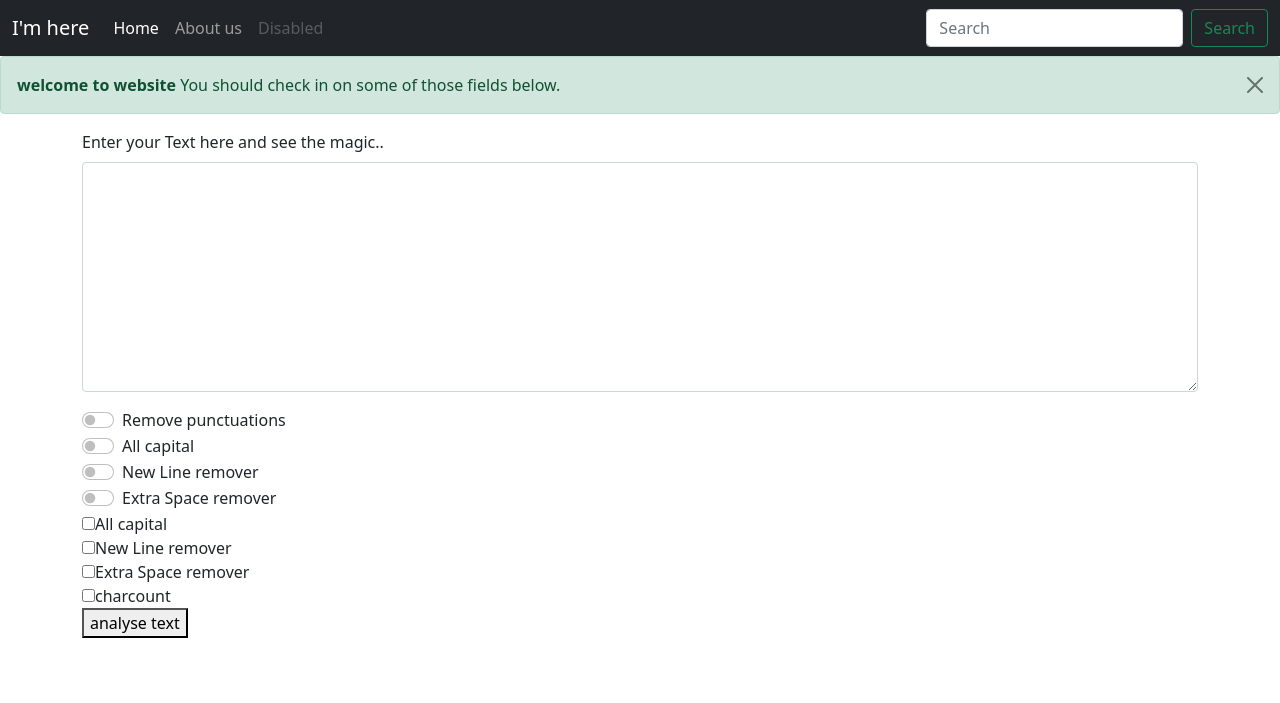
Repository: ritikalohia/Django-beginners-
Page: textutiles/templates/index.html
The author's editor kept a copy of each file at every save. The page is drawn from the files as they stood at one save, then again after the next save.
The browser window is 1280 px wide. The pictures show the whole page.

Above is the page before, as saved 2021-05-22 20:09:37.

After the next save:
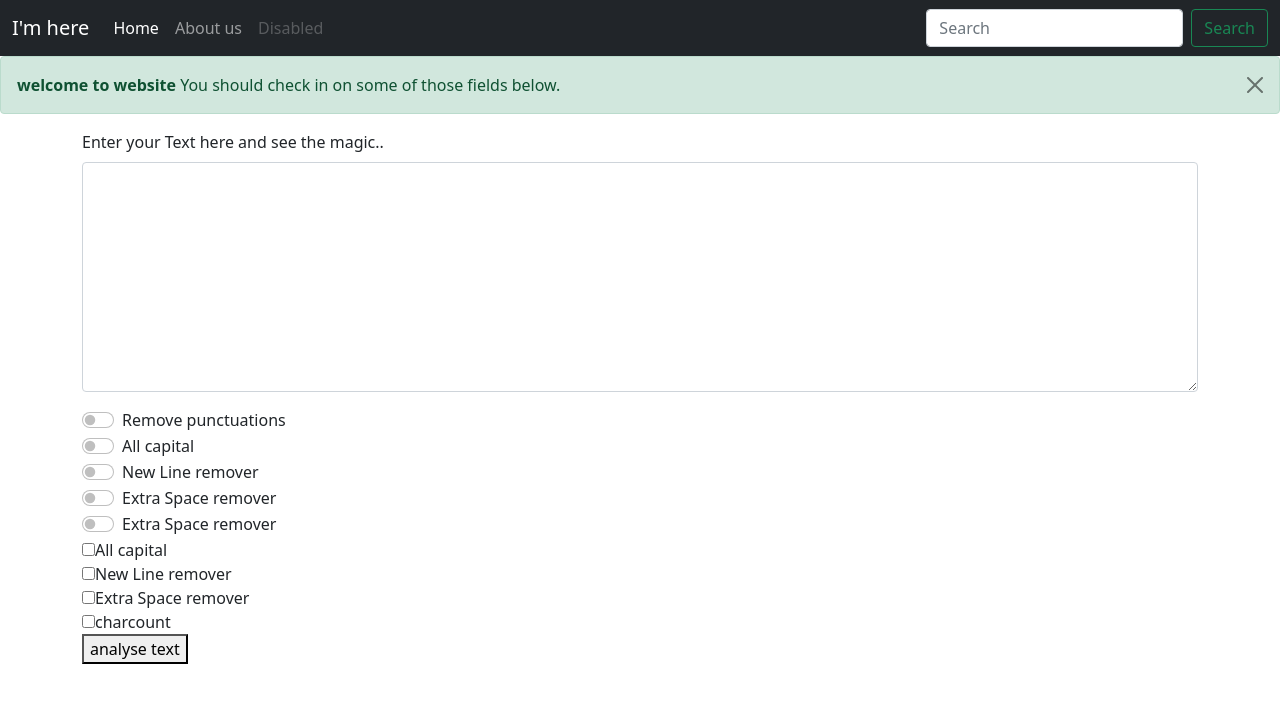
Saved 7 s later.
--- a/textutiles/templates/index.html
+++ b/textutiles/templates/index.html
@@ -65,6 +65,10 @@
             <input class="form-check-input" type="checkbox"  name="spaceremover" id="flexSwitchCheckDefault">
             <label class="form-check-label" for="flexSwitchCheckDefault">Extra Space remover</label>
         </div>
+        <div class="form-check form-switch">
+            <input class="form-check-input" type="checkbox"  name="spaceremover" id="flexSwitchCheckDefault">
+            <label class="form-check-label" for="flexSwitchCheckDefault">Extra Space remover</label>
+        </div>
         <input type="checkbox" name="fullcaps">All capital<br>
         <input type="checkbox" name="newlineremover">New Line remover<br>
         <input type="checkbox" name="spaceremover">Extra Space remover<br>
